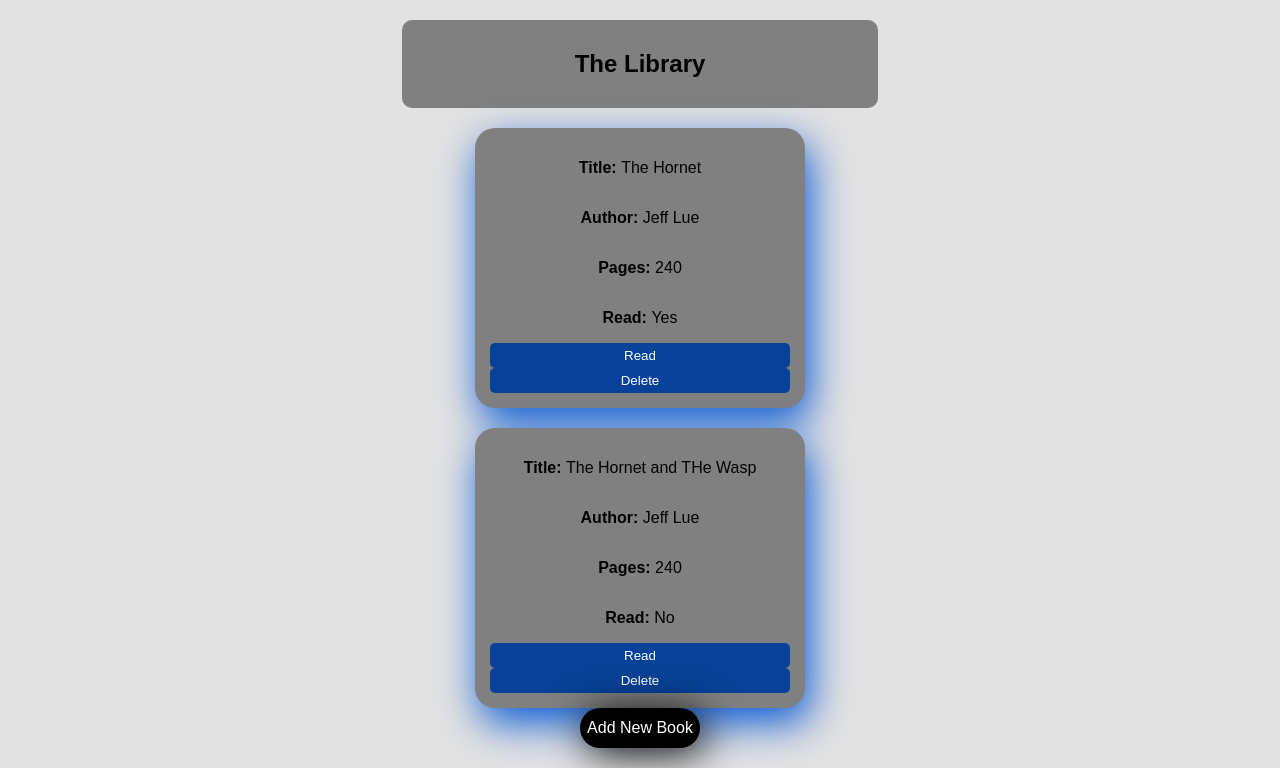
Repository: ErvinClay13/Library
Page: index.html
These files come from the project's save history. The page is drawn as it stood at one moment and after the next save; the edit follows.
The browser window is 1280 px wide. The pictures show the whole page.

Above is the page before, as saved 2025-01-11 04:58:31.

### index.html
<!DOCTYPE html>
<html lang="en">
<head>
    <meta charset="UTF-8">
    <meta name="viewport" content="width=device-width, initial-scale=1.0">
    <link rel="stylesheet" href="style.css">
    <link
      rel="icon"
      type="image/png"
      sizes="32x32"
      href="images/myLogo.png"
    />
    <title>The Library</title>
</head>
<body>
    <div class="container">
        <div class="heading">
            <h2>The Library</h2>
        </div>

            <div class="content" id="content"></div>

            <dialog id="myDialog">
                <div class="input">
                <form method="dialog" id="form">
                    <label for="title">Title</label>
                    <input type="text"
                           id="title"
                           name="title"
                           required>

                    <label for="author">Author</label>
                    <input type="text"
                           id="author"
                           name="author"
                           required>

                    <label for="pages">Pages</label>
                    <input type="number"
                           id="pages"
                           name="pages"
                           required>

                    <label for="read">Read</label>
                    <input type="checkbox"
                           name="read"
                           id="isRead">

                    <button type="submit" id="submit">Submit</button>
                    <div class="cancel" id="cancel">Cancel</div>


                </form>
            </div>
        </dialog>
        <footer><button id="addBook">Add New Book</button></footer>
    </div>

    <script src="script.js"></script>
</body>
</html>

### style.css
body {
    display: flex;
    justify-content: center;
    align-items: center;
    flex-direction: column;
    /* background-color: white; */
    background-color: rgb(226, 226, 226);
    margin: 0;
    font-family: Arial, sans-serif;
}

.container {
    display: flex;
    flex-direction: column;
    align-items: center;
    padding: 20px;
}

.heading {
    display: flex;
    justify-content: space-between;
    justify-content: center;
    background-color: gray;
    /* background-color: #42669df5; */
    /* box-shadow: 5px 5px 40px #0055d4f5; */
    width: 100%;
    max-width: 800px;
    padding: 10px 20px;
    border-radius: 10px;
    margin-bottom: 20px;
}

#addBook {
    /* background-color: #03409af5; */
    background-color: black;
    box-shadow: 5px 5px 40px black;
    height: 40px;
    width: 120px;
    border-radius: 20px;
    border: none;
    font-size: 16px;
    color: white;
    cursor: pointer;
}

#addBook:hover {
    transform: scale(1.1);
    box-shadow: 2px 5px 40px black;
}

#content {
    display: flex;
    flex-wrap: wrap;
    gap: 20px;
    justify-content: center;
    width: 100%;
}

.card {
    display: flex;
    flex-direction: column;
    justify-content: space-between;
    text-align: center;
    border-radius: 20px;
    padding: 15px;
    /* background-color: #42669df5; */
    background-color: gray;
    width: 100%;
    max-width: 300px;
    box-shadow: 5px 15px 40px #0055d4f5;
}

.card-details {
    margin-bottom: 10px;
}

.card-buttons {
    display: flex;
    justify-content: space-between;
    gap: 10px;
}

.read, .delete {
    flex: 1;
    padding: 5px 10px;
    border: none;
    border-radius: 5px;
    color: white;
    background-color: #03409af5;
    cursor: pointer;
}

.read:hover, .delete:hover {
    background-color: #254a81f5;
}

.read:active, .delete:active {
    background-color: #42669df5;
}

dialog {
    background-color: #fefefe;
    padding: 20px;
    border: none;
    border-radius: 10px;
    box-shadow: 0px 5px 15px rgba(0, 0, 0, 0.5);
}

form {
    display: flex;
    flex-direction: column;
    gap: 10px;
}

input[type="text"], input[type="number"] {
    padding: 5px;
    border-radius: 5px;
    border: 1px solid #ccc;
}

button {
    cursor: pointer;
}

/* Responsive Styles */
@media (max-width: 768px) {
    .heading {
        flex-direction: column;
        align-items: center;
    }

    #content {
        gap: 15px;
    }

    .card {
        max-width: 100%;
    }
}

### script.js
const dialog = document.getElementById('myDialog');
const form = document.getElementById('form');
const content = document.getElementById('content');
const submit = document.getElementById('submit');
const addBook = document.getElementById('addBook');
const cancel = document.getElementById('cancel');

const myLibrary = [];

const theHornet = new Book('The Hornet', 'Jeff Lue', 240, true);
const theHornetAndTheWasp = new Book('The Hornet and THe Wasp', 'Jeff Lue', 240, false);

myLibrary.push(theHornet);
myLibrary.push(theHornetAndTheWasp);


function Book(title, author, pages, read) {
    this.title = title;
    this.author = author;
    this.pages = pages;
    this.read = read;
}

Book.prototype.info = function() {
    return `${this.title} ${this.author} ${this.pages} ${this.read}`;
}


Book.prototype.toggleRead = function() {
    this.read = !this.read;
}



addBook.addEventListener("click", () => {
    dialog.showModal();
});

cancel.addEventListener("click", () => {
    dialog.close();
});

submit.addEventListener("click", (event) => {
    event.preventDefault();

    const title = document.getElementById('title').value;
    const author = document.getElementById('author').value;
    const pages = document.getElementById('pages').value;
    const read = document.getElementById('isRead').checked;

    const newBook = new Book(title, author, pages, read);
    myLibrary.push(newBook);

    form.reset();
    showBooks();
    dialog.close();
});

function showBooks() {

    content.innerHTML = '';

    myLibrary.forEach((book, index) => {                   //going through the array myLibrary
        const card = document.createElement('div');        //creating a new card for each book created through the modal
        card.classList.add('card');                        //adding card to the class

        card.innerHTML =                                      //creating the text that will be displayed on the card
            `<p><strong>Title: </strong>${book.title}</p>
             <p><strong>Author: </strong>${book.author}</p>
             <p><strong>Pages: </strong>${book.pages}</p>
             <p><strong>Read: </strong>${book.read ? 'Yes' : 'No'}</p>`;   //using the user input to create the new book on the card

        const deleteBtn = document.createElement('button');
        deleteBtn.classList.add('delete');
        deleteBtn.textContent = ('Delete');

        deleteBtn.addEventListener("click", () => {
            myLibrary.splice(index, 1);
            showBooks();
        });

        const read = document.createElement('button');
        read.classList.add('read');
        read.textContent = ('Read');

        read.addEventListener("click", () => {
            book.toggleRead();
            showBooks();
        });

        card.appendChild(read);
        card.appendChild(deleteBtn);
        content.appendChild(card);


    })
}

showBooks();

After the next save:
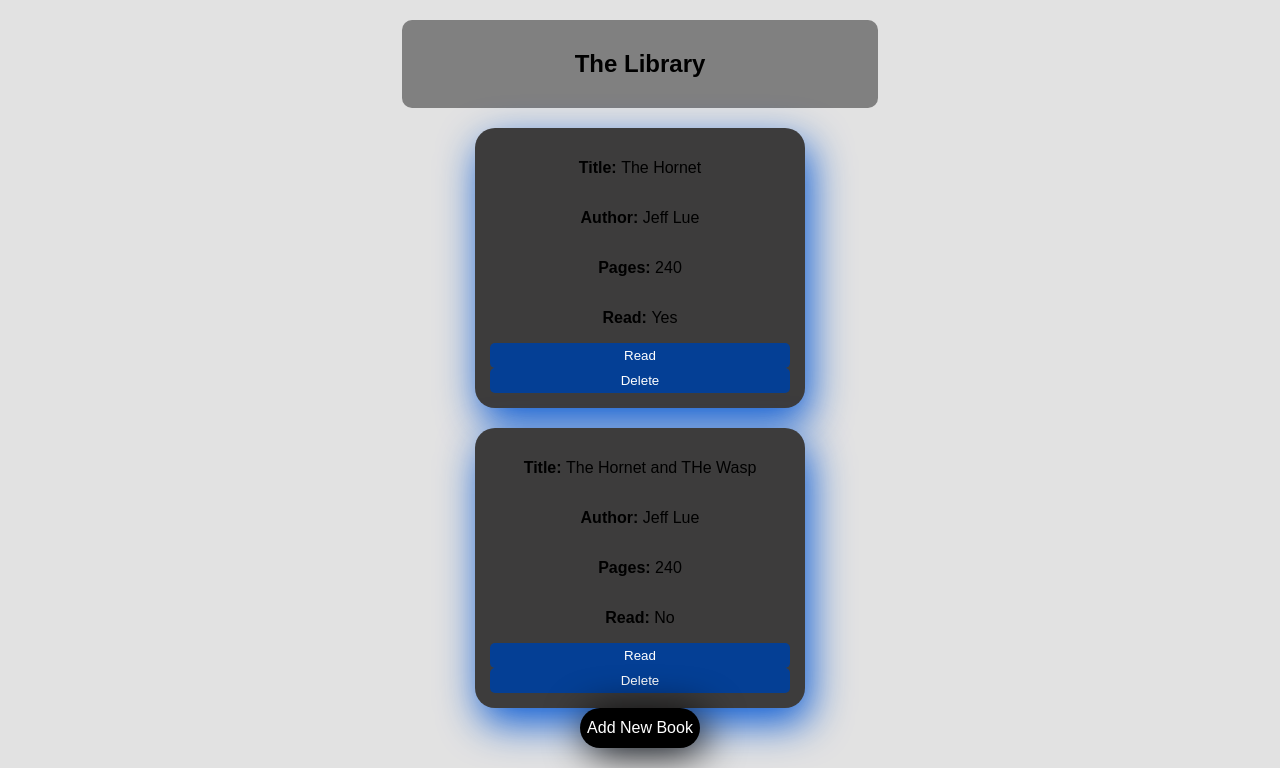
Saved 15 s later.
--- a/style.css
+++ b/style.css
@@ -64,7 +64,7 @@ body {
     border-radius: 20px;
     padding: 15px;
     /* background-color: #42669df5; */
-    background-color: gray;
+    background-color: rgb(61, 60, 60);
     width: 100%;
     max-width: 300px;
     box-shadow: 5px 15px 40px #0055d4f5;
